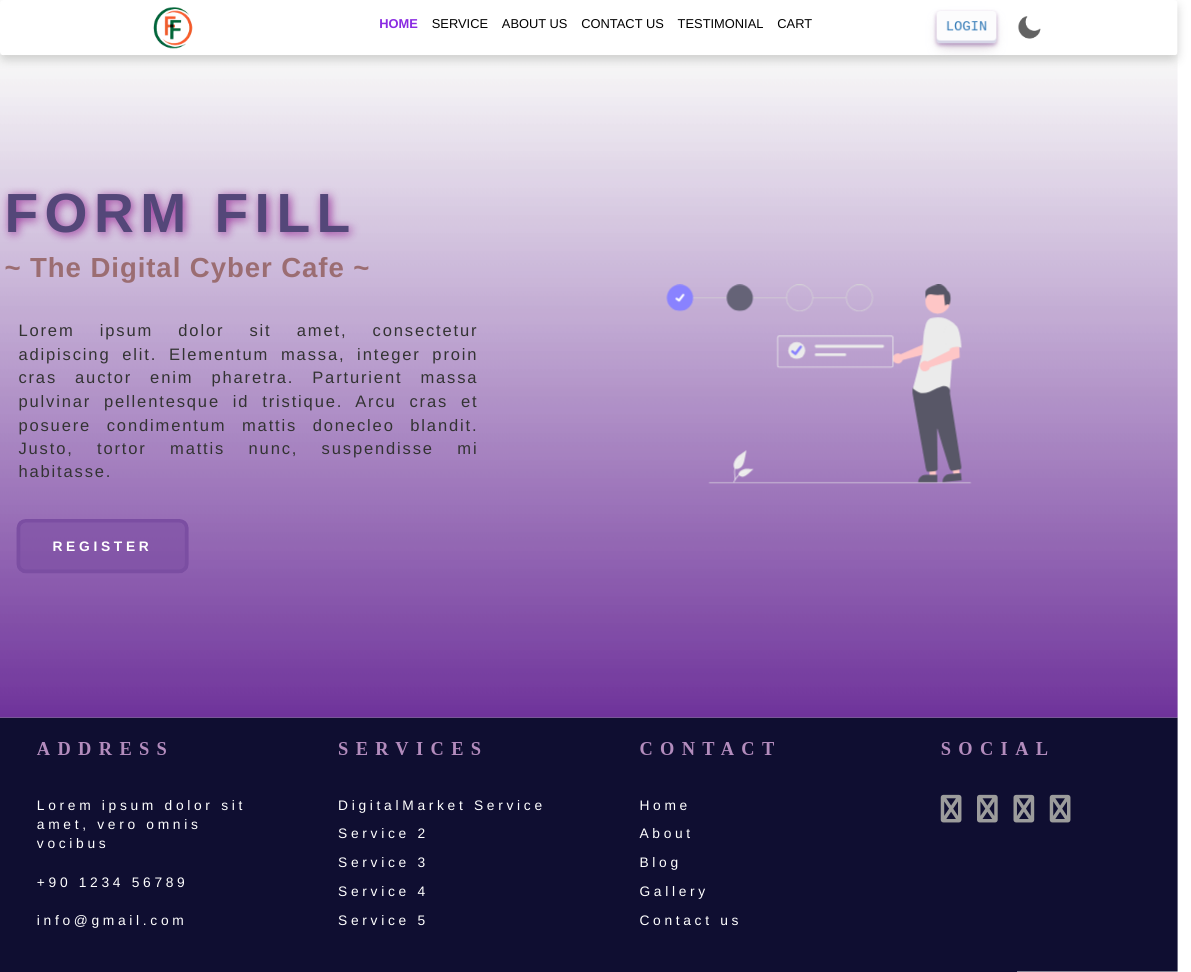
Repository: codervivek5/Formfil
Page: index.html
An editor plug-in stored every save of this project. The page is shown before and after the next save, followed by the edit.
The browser window is 1280 px wide. The page is 1295 px wide, so the pictures cover 1295 px, including what lies to the right of the window. The pictures show the whole page, at 92% of full size.
Some web fonts or font styles are not loaded; a fallback is used.

Above is the page before, as saved 2023-03-04 21:37:13.

### index.html
<!DOCTYPE html>
<html lang="en">

<head>
	<meta charset="UTF-8" />
	<meta http-equiv="X-UA-Compatible" content="IE=edge" />
	<meta name="viewport" content="width=device-width, initial-scale=1.0" />
	<title>Home-FormFil</title>
	<link rel="stylesheet" href="style/style.css" />
     <link rel="stylesheet" href="style/theme.css">

	<link rel="stylesheet" href="https://maxcdn.bootstrapcdn.com/bootstrap/3.4.1/css/bootstrap.min.css">
	<script src="https://ajax.googleapis.com/ajax/libs/jquery/3.6.0/jquery.min.js"></script>
     <script src="https://maxcdn.bootstrapcdn.com/bootstrap/3.4.1/js/bootstrap.min.js"></script>

	<link rel="stylesheet" href="https://fonts.googleapis.com/css?family=Trirong" />
	<link rel="icon" type="image/x-icon" href="./img/crop_logo.png" />
	<link rel="stylesheet" href="https://cdnjs.cloudflare.com/ajax/libs/font-awesome/6.2.1/css/all.min.css">
</head>

<body>

    <div class="loader">
          <img class= "imgload" src="img/logo.png"  alt="">
     </div>

     <header class="navbar">
      <a href="index.html"><img class="logo" src="img/logo.png" width="100px" height="100px" /></a>

      <div class="navbar-opt">
        <ul class="navbar-list">
          <li><a href="index.html" class="nav-link active">HOME</a></li>
          <li><a href="pages/service.html" class="nav-link">SERVICE </a></li>
          <li><a href="pages/about_us.html" class="nav-link">ABOUT US </a></li>
          <li><a href="pages/contact-us.html" class="nav-link">CONTACT US </a></li>
          <li><a href="pages/testimonial.html" class="nav-link">TESTIMONIAL</a></li>
          <li><a href="pages/cart.html" class="nav-link">CART</a></li>
        </ul>
      </div>

      <div class="fixed-buttons">
        <button><a href="pages/login.html" class="lgn">LOGIN</a></button>
        <img src="img/moon.png" id="icon">
      </div>

      <div class="mobile-menu">
        <ion-icon name="menu-outline" class="menu-icon"></ion-icon>
        <ion-icon name="close-outline" class="menu-icon"></ion-icon>
      </div>

     </header>

	<div class="main">

		<div class="container">
			<div class="content animated fadeInLeft">
				<h1>FORM FILL</h1>
				<h2>~ The Digital Cyber Cafe ~</h2>
				<p class="para">
					Lorem ipsum dolor sit amet, consectetur adipiscing elit.
          Elementum massa, integer proin cras auctor enim pharetra.
					Parturient massa pulvinar pellentesque id tristique.
          Arcu cras et posuere condimentum mattis donecleo blandit.
          Justo, tortor mattis nunc, suspendisse mi habitasse.
				</p>
				<div class="btn">
					<a href="pages/signup.html"> <button class="btn1 button">REGISTER</button></a>
				</div>
			</div>
			<div class="shipp animated fadeInRight">
				<img src="img/svg.svg" />
        <!-- <img src="img/formfilSvg.svg" /> -->
			</div>
		</div>
	</div>

<!-- footer section -->
<footer>
    <div>
        <div class="row">
            <div class="col-lg-3 col-md-5 col-sm-4 col-xs-12">
                <ul class="adress">
                     <span>Address</span>
                     <li>
                        <p>Lorem ipsum dolor sit amet, vero omnis vocibus</p>
                      </li>

                      <li>
                        <p>+90 1234 56789</p>
                      </li>

                      <li>
                        <p>info@gmail.com</p>
                      </li>
                 </ul>
            </div>
            <div class="col-lg-3 col-md-5 col-sm-4 col-xs-12">
               <ul class="service">
                    <span>Services</span>
                    <li>
                       <a href="#">DigitalMarket Service</a>
                     </li>

                     <li>
                        <a href="#">Service 2</a>
                     </li>

                     <li>
                       <a href="#">Service 3</a>
                     </li>

                     <li>
                        <a href="#">Service 4 </a>
                     </li>

                     <li>
                       <a href="#">Service 5</a>
                    </li>
               </ul>
           </div>
            <div class="col-lg-3 col-md-3 col-sm-4 col-xs-12">
                <ul class="contact">
                     <span>Contact</span>
                     <li>
                        <a href="index.html">Home</a>
                      </li>

                      <li>
                         <a href="pages/about_us.html">About</a>
                      </li>

                      <li>
                        <a href="#">Blog</a>
                      </li>

                      <li>
                         <a href="#">Gallery </a>
                      </li>

                      <li>
                        <a href="pages/contact-us.html">Contact us</a>
                     </li>
                </ul>
            </div>

            <div class="col-lg-3 col-md-3 col-sm-4 col-xs-12">
               <ul class="social">
                    <span>Social</span>
                    <li>
                         <a href="https://www.facebook.com/codervivek"  target="_blank"><i class="fa fa-facebook fa-2x"></i></a>
                    </li>

                    <li>
                         <a href="https://github.com/codervivek5" target="_blank"><i class="fa fa-github fa-2x"></i></a>
                    </li>

                    <li>
                         <a href="https://www.linkedin.com/in/codervivek/" target="_blank"><i class="fa fa-linkedin fa-2x"></i></a>
                    </li>

                    <li>
                         <a href="https://twitter.com/codervivek5" target="_blank"><i class="fa fa-twitter fa-2x"></i></a>
                    </li>

                    <li>
                         <a href="https://www.youtube.com/codervivek" target="_blank"><i class="fa fa-youtube-play fa-2x"></i></a>
                   </li>
                  </ul>
            </div>
       </div>
    </div>
    <button class="back-to-top hidden">
     <svg
     xmlns="http://www.w3.org/2000/svg"
     class="back-to-top-icon"
     fill="none"
     viewBox="0 0 24 24"
     stroke="currentColor"
   >
     <path
       stroke-linecap="round"
       stroke-linejoin="round"
       stroke-width="2"
       d="M7 11l5-5m0 0l5 5m-5-5v12"
     />
   </svg></button>
</footer>


<script>

     // Javascript Code for Dark Mode Switch
	var icon = document.getElementById("icon");
	icon.onclick = function(){
		document.body.classList.toggle("dark-mode");
		if (document.body.classList.contains("dark-mode")){
			icon.src="img/sun.png";
		}
		else {
			icon.src="img/moon.png";
		}
	}
  //javascript for loader
  $(document).ready(function() {
      // Animate loader off screen
   setTimeout(function() {
    $(".loader").fadeOut("slow");
   }, 0);
  });
      // Javascript Code for Scroll to top Button
      const showOnPx = 100;
      const backToTopButton = document.querySelector(".back-to-top")

     const scrollContainer = () => {
       return document.documentElement || document.body;
      };

 document.addEventListener("scroll", () => {
   if (scrollContainer().scrollTop > showOnPx) {
     backToTopButton.classList.remove("hidden")
   } else {
     backToTopButton.classList.add("hidden")
   }
 })
 const goToTop = () => {
   document.body.scrollIntoView({
     behavior: "smooth",
   });
 };
 backToTopButton.addEventListener("click", goToTop);

 const mobile_nav= document.querySelector('.mobile-menu');
const nav_header= document.querySelector(".navbar");

const toggleNav = () =>{
  nav_header.classList.toggle("switchOn");
}

mobile_nav.addEventListener('click', () => toggleNav());

</script>
<script type="module" src="https://unpkg.com/ionicons@5.5.2/dist/ionicons/ionicons.esm.js"></script>
<script nomodule src="https://unpkg.com/ionicons@5.5.2/dist/ionicons/ionicons.js"></script>
</body>
</html>

### style/style.css
@import url('https://fonts.googleapis.com/css2?family=Tilt+Prism&display=swap');

body{
	margin:0;
	padding:0;
	background:black;
font-family: 'Times New Roman', Times, serif;
overflow-x: hidden;
}
.main{
	position: relative;
	height:100%;
	width:100%;
	background-position: center;
	background-repeat: no-repeat;
	background-size: cover;
	/* opacity: 0.8; */

}
.navbar{
    padding: 0 !important;
    padding: 0 3rem;
    height: 6rem;
    display: flex;
    justify-content: space-between;
    align-items: center;
    margin-bottom: 0 !important;
    box-shadow: 0px 5px 10px #48464640 !important;
    z-index: 999;
}

.navbar-opt{
    transition: all 0.5s;
  }

  .navbar-list{
    display: flex;
    gap: 1.5rem;
    list-style: none;
  }

  .fixed-buttons{
    display: flex;
    justify-content: center;
    align-items: center;
    column-gap: 1rem;
  }

  .active{
    font-weight: 700 !important;
  }

  .nav-link:link,
.nav-link:visited {
  display: inline-block;
  text-decoration: none;
  color: black;
}

.mobile-menu{
  display: none;
  background: transparent;
  cursor: pointer;
}

.menu-icon{
  width: 3.2rem;
  height: 3.2rem;
  z-index: 1000;
}

.menu-icon[name="close-outline"]{
  display: none;
}

.fixed-buttons button{
  align-items: center;
  appearance: none;
  background-color: #FCFCFD;
  border-radius: 4px;
  border-width: 0;
  box-shadow: #7b378e7b 0 2px 4px,#c1b6c4a8 0 7px 13px -3px,#D6D6E7 0 -3px 0 inset;
  box-sizing: border-box;
  color: #36395A;
  cursor: pointer;
  display: inline-flex;
  font-family: "JetBrains Mono",monospace;
  height: 3.5rem;
  justify-content: center;
  line-height: 1;
  list-style: none;
  overflow: hidden;
  padding-left: 1rem;
  padding-right: 1rem;
  position: relative;
  text-align: left;
  text-decoration: none;
  transition: box-shadow .15s,transform .15s;
  user-select: none;
  -webkit-user-select: none;
  touch-action: manipulation;
  white-space: nowrap;
  will-change: box-shadow,transform;
  font-size: 1.5rem;
}

.fixed-buttons button:focus {
    box-shadow: #D6D6E7 0 0 0 1.5px inset, rgba(45, 35, 66, 0.4) 0 2px 4px, rgba(45, 35, 66, 0.3) 0 7px 13px -3px, #D6D6E7 0 -3px 0 inset;
  }

  .fixed-buttons button:hover {
    box-shadow: rgba(45, 35, 66, 0.4) 0 4px 8px, rgba(45, 35, 66, 0.3) 0 7px 13px -3px, #D6D6E7 0 -3px 0 inset;
    transform: translateY(-2px);
  }

  .fixed-buttons button:active {
    box-shadow: #D6D6E7 0 3px 7px inset;
    transform: translateY(2px);
  }

@media (max-width:1220px){
    .navbar-list{
      gap: 0.3rem;
    }
  }

  @media (max-width:1030px){
    .mobile-menu{
      display: block;
    }

    .navbar{
      padding: 0 1rem;
      position: relative;
    }

    .navbar-opt{
      width: 100vw;
      height: 100vh;
      background-color: #484646dd;
      position: absolute;
      top: 0;
      left: 0;
      display: flex;
      justify-content: center;
      /* transform: translateY(100%); */
      transition: all 0.5s linear;
      opacity: 0;
      visibility: hidden;
      pointer-events: none;
    }

    .navbar-list{
      flex-direction: column;
      align-items: center;
      justify-content: center;
      font-size: 1.7rem;
      font-weight: 500;
    }

    .switchOn .navbar-opt{
      opacity: 1;
      visibility: visible;
      pointer-events: auto;
    }

    .switchOn .mobile-menu .menu-icon[name="close-outline"]{
      display: block;
    }

    .switchOn .mobile-menu .menu-icon[name="menu-outline"]{
      display: none;
    }

  }

  .nav-link:hover{
    color: grey !important;
  }

    /* ____________________________________________________________________________________________________________ */

.container{
    display: flex;
    justify-content: space-between;
    align-items: center;
    position: relative;
    top: 20vh;
    padding: 0px 25px;
}
.shipp{
  padding-left: 50px;
}
.shipp img{
    width: 60vh;
}
.content{
  display: flex;
  flex-direction: column;
  margin-left: -110px;
}
.content h1{
    color: #2a1958;
    text-shadow: 2px 2px 10px purple;
    font-size: 6rem;
    letter-spacing: 7px;
    margin-top: -5px;
    font-weight: bold;
}
.content h2{
  color: rgba(0, 0, 0, 0.87);
	width:100%;
  font-weight: bold;
  margin-top: -1px;
  letter-spacing: 1px;
}
.content .para{
  color: black;
	width:100%;
  text-align: justify;
  font-size: 18px;
  margin-top: 30px;
  padding-left: 60px;
  letter-spacing: 2px;
  font-weight: 500;

}
.content .btn{
  text-align: left;
  margin-left: 45px;
  margin-top: 20px;
}
.content button{
    padding: 15px 35px;
    border-radius: 10px;
    border: none;
    background-color: rgba(90, 34, 139,0.6) !important;
    border: 4px solid rgba(90, 34, 139);
    color: white !important;
    font-weight: bold !important;
    letter-spacing: 4px;
    font-size: 15px !important;
    transition: transform .2s;
}
.btn1:hover{
  transform: scale(1.15);
  background-color: rgba(90, 34, 139,0.2) !important;
  color: white !important;
}

@media only screen and (max-width: 1300px){
    .shipp img{
      width: 50vw;
      height: 30vh;
  }
  }

  @media only screen and (max-width: 500px){
    .container{
      display: flex;
      flex-direction: column;
      padding: 0 !important;
      margin: 0 !important;
    }
    .content{
      width: 100vw;
      display: flex;
      flex-direction: column;
      justify-content: center;
      align-items: center;
      padding: 0 !important;
      margin: 0 !important;
    }
    .shipp img{
      width: 50vw;
      height: 40vh;
  }
  .content h1{
    font-size: 3rem;
  }
  .content h2{
    font-size: 2rem;
  }
  .content .para{
    font-size: 1.5rem;
  }
  }
/* footer */
footer{
     background-color: #0f0e31;
     padding:20px 0px;
     z-index: 1;
}

footer ul li{
    padding:5px 0px;
}

.adress span , .contact span , .social span, .service span{
   color: #FFF;
   font-weight: 800;
   padding-bottom: 10px;
   margin-bottom: 20px;
   display: block;
   text-transform: uppercase;
   font-size: 20px;
   letter-spacing: 3px;
}

.adress li p , .contact li a , .social li a, .service li a{
    color:#FFF;
    letter-spacing: 2px;
    text-decoration:none;
    font-size:15px;
    font-style: sans-serif;
}

.social li{
    float:left;
}

.adress , .contact , .social , .service{
    list-style: none;
}

.fa{
    color:#9c9c9c;
    margin-right: 15px;
    font-size:24px;
}
.service span{
    letter-spacing: 8px;
    font-family:'Tilt Prism', cursive;
    color:rgb(179,140,189);
}
.contact span{
    letter-spacing: 8px;
    font-family: 'Tilt Prism', cursive;
    color:rgb(179,140,189);

}
.adress span{
    letter-spacing: 8px;
    font-family:'Tilt Prism', cursive;
    color:rgb(179,140,189);
}
.social span{
    letter-spacing: 8px;
    font-family:'Tilt Prism', cursive;
    color:rgb(179,140,189);
}
.service a{
    letter-spacing: 4px !important;
    position: relative;
    transition: all 0.5s ease;
    -webkit-transition: all 0.5s ease;
}
.service a:hover {
    color: rgb(137,130,255) !important;
    transition: all 1s ease;
    -webkit-transition: all 1s ease;
}

 .service a:before, .service a:after {
  content: '';
  position: absolute;
  width: 0%;
  height: 1px;
  bottom: -1px;
  background:rgb(204,214,246);
}

.imgload{
	height: 25%;
	width: 15%;

}
.loader{
    position: fixed;
    z-index: 1;
    top: 0;
    left: 0;
    background: #7b378ec4;
    height: 100%;
    width: 100%;
    display: flex;
    justify-content: center;
    align-items: center;
  }

  .loader.hidden{
    animation: fadeOut 2s forwards;
  }
  @keyframes fadeOut {
    100%{
      opacity: 100%;
      visibility: hidden;
    }
  }



.adress p{
    letter-spacing: 4px !important;
    position: relative;
    transition: all 0.5s ease;
    -webkit-transition: all 0.5s ease;
}
.adress p:hover {
    color: rgb(14, 214, 3) !important;
    transition: all 1s ease;
    -webkit-transition: all 1s ease;
}
.contact a{
    letter-spacing: 4px !important;
    position: relative;
    transition: all 0.5s ease;
    -webkit-transition: all 0.5s ease;
}
.contact a:hover {
    color: rgb(212, 1, 227) !important;
    transition: all 1s ease;
    -webkit-transition: all 1s ease;
}
.social i{
    position: relative;
}
.social i:hover {
    color: rgb(15, 3, 252) !important;
    transition: all 1s ease;
    -webkit-transition: all 1s ease;
}
.back-to-top {
    position: fixed;
    right: 2rem;
    bottom: 2rem;
}
.hidden {
    display: none;
        opacity: 0%;

  }
.back-to-top {
    position: fixed;
    right: 2rem;
    bottom: 2rem;
    border-radius: 100%;
    background: gray;
    padding: 1.5rem;
    border: none;
    cursor: pointer;
    opacity: 100%;
    transition: opacity 0.5s;
  }
  .back-to-top-icon {
    width: 2rem;
    height: 2rem;
    color: white;
  }
  .back-to-top:hover {
    opacity: 60%;
  }

.footerpart{
	text-align: center;
}
.animated {
  -webkit-animation-duration: 5s;
  animation-duration: 5s;
  -webkit-animation-fill-mode: both;
  animation-fill-mode: both;
}

@-webkit-keyframes fadeInLeft {
  0% {
     opacity: 0;
     -webkit-transform: translateX(-100px);
  }
  100% {
     opacity: 1;
     -webkit-transform: translateX(0);
  }
}
.fadeInLeft {
  -webkit-animation-name: fadeInLeft;
  animation-name: fadeInLeft;
}


@-webkit-keyframes fadeInRight {
  0% {
     opacity: 0;
     -webkit-transform: translateX(100px);
  }
  100% {
     opacity: 1;
     -webkit-transform: translateX(0);
  }
}

.fadeInRight {
  -webkit-animation-name: fadeInRight;
  animation-name: fadeInRight;
}



    /* ____________________________________________________________________________________________________________ */

### style/theme.css
:root{
	--color--main: linear-gradient(rgba(244, 245, 243, 0.712),rgb(75,0,130));
	--color--footer: rgb(119, 5, 100);
	--color--h1: #2a1958;
	--color--h2: rgba(122, 60, 60, 0.87);
	--color--p: black;
	--color--btn: #2a1958;
	--color--nav: black;
	--color--nav_before:#2a1958;
	--color--customnav: white;
}
.dark-mode{
	--color--main: linear-gradient(#4b075ac4,rgba(28, 1, 41, 0.712));
	--color--footer: rgb(65, 3, 55);
	--color--h1: rgb(255, 255, 255);
	--color--h2: rgb(233, 233, 233);
	--color--p: white;
	--color--btn: #130735;
	--color--nav: rgb(215, 244, 248);
	--color--nav_before:rgb(215, 244, 248);
	--color--customnav: rgb(174, 147, 180);
}
#icon{
	width: 30px;
	cursor: pointer;
	margin: 10px;
}
.main{
	position: relative;
	height:100vh;
	width:100%;
	background:var(--color--main);
	background-position: center;
	background-repeat: no-repeat;
	background-size: cover;
	opacity: 0.8;
}
.navbar{
	background-color: var(--color--customnav);
}

.nav-link{
	color: var(--color--p) !important;
}

.active{
	color: blueviolet !important;
}
.content h1{
    color:var(--color--h1);
margin-left: 8%;
}
.content h2{
    color: var(--color--h2);
    margin-left: 8%;
}
.content .para{
    color: var(--color--p);
}
.content .btn1 {
    background-color: var(--color--btn);
    color:honeydew;

}
.footer{
	background-color:var(--color--footer);
	display: block;
	justify-content: center;
	align-items: center;
	width: 100%;
	height: 40vh;

}

After the next save:
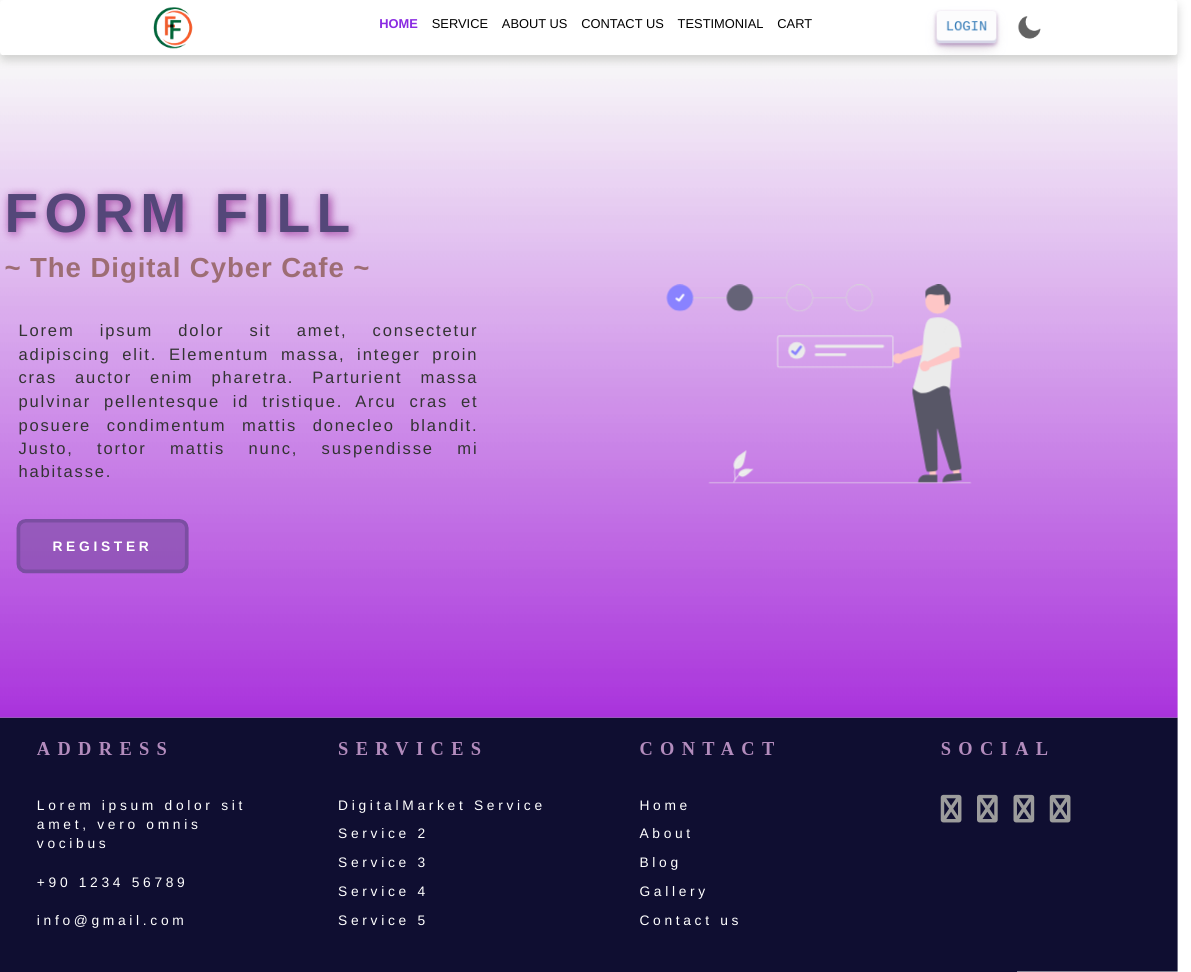
Saved 2 min 11 s later.
--- a/style/theme.css
+++ b/style/theme.css
@@ -1,5 +1,5 @@
 :root{
-	--color--main: linear-gradient(rgba(244, 245, 243, 0.712),rgb(75,0,130));
+	--color--main: linear-gradient(rgba(244, 245, 243, 0.712),rgb(148,0,211));
 	--color--footer: rgb(119, 5, 100);
 	--color--h1: #2a1958;
 	--color--h2: rgba(122, 60, 60, 0.87);
